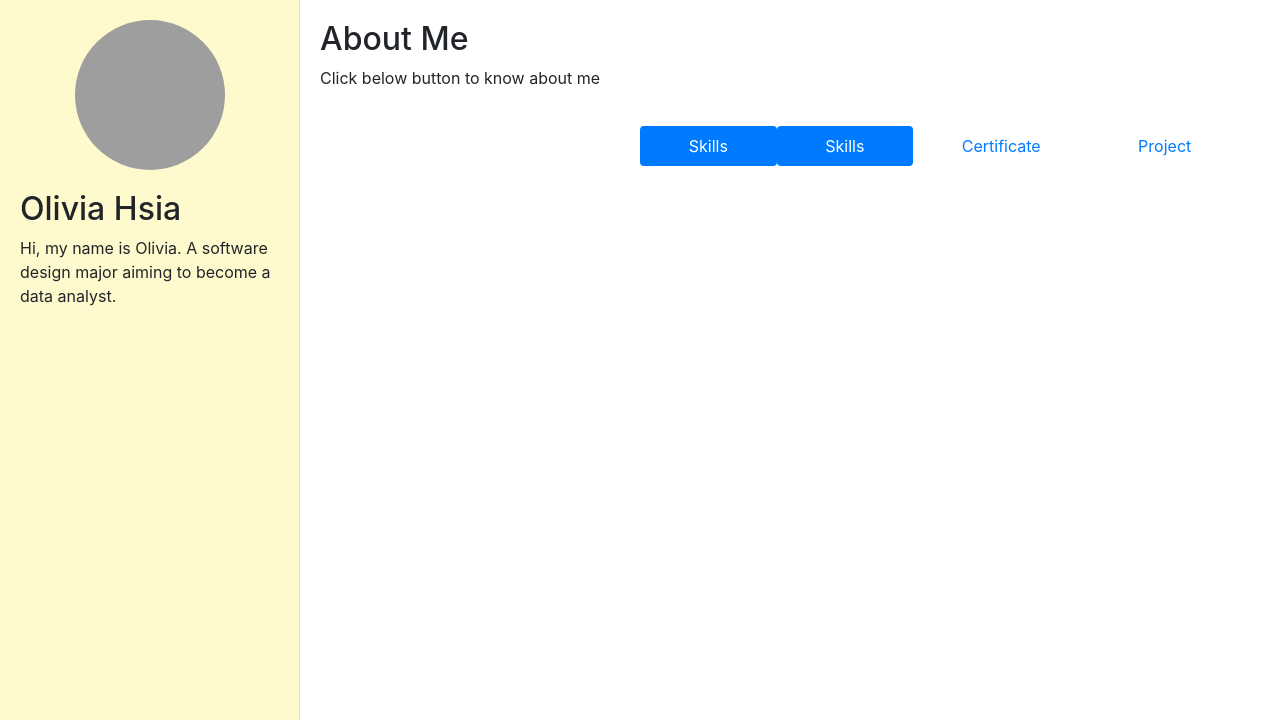
Repository: oliviahsia/FinalProject
Page: src/main/webapp/WEB-INF/main.html
The author's editor kept a copy of each file at every save. The page is drawn from the files as they stood at one save, then again after a run of saves.
The browser window is 1280 px wide. The pictures show the whole page.
Pictures or frames that could not be fetched are drawn as grey boxes. An inner scrolling area shows only its first screen. Some web libraries are served in a nearby version.

Above is the page before, as saved 2024-03-09 18:25:41.

### src/main/webapp/WEB-INF/main.html
<!DOCTYPE html>
<html lang="en">

<head>
  <meta charset="UTF-8">
  <meta name="viewport" content="width=device-width, initial-scale=1.0">
  <title>Olivia's Portfolio</title>

  <!-- Bootstrap CSS -->
  <link rel="stylesheet" href="https://stackpath.bootstrapcdn.com/bootstrap/4.5.2/css/bootstrap.min.css">
  <!-- External CSS File -->
  <link rel="stylesheet" href="main.css">
</head>

<body>
  <div class="fixed-left">
    <!-- Content in left column -->
    <img src="https://lh3.googleusercontent.com/a/ACg8ocKWVQM9hWLLmIxDOQ-8DDjxv5seJuP0P7FXzxbhLupS1Ffm=s576-c-no"
      alt="Olivia Hsia" class="profile-pic">
    <h2>Olivia Hsia</h2>
    <p>Hi, my name is Olivia. A software design major aiming to become a data analyst. </p>
  </div>

  <div class="scrollable-right">
    <!-- Content in right column -->
    <h2>About Me</h2>
    <p>Click below button to know about me</p>

    <div class="scrollable-right">

      <!-- Navigation buttons replaced with Bootstrap nav-pills -->

      <ul class="nav nav-pills nav-fill">

        <li class="nav-item">
         <a class="nav-link active" href="#" onclick="showSection('Skills',this)">Skills</a>
        </li>

        <li class="nav-item">
          <a class="nav-link active" href="#" onclick="showSection('Skills',this)">Skills</a>
        </li>

        <li class="nav-item">
          <a class="nav-link" href="#" onclick="showSection('Certificate',this)">Certificate</a>
        </li>

        <li class="nav-item">
          <a class="nav-link" href="#" onclick="showSection('Project',this)">Project</a>
        </li>

      </ul>

<!-- Content sections (update as needed with card-like design) -->
<div id="Skills" class="content-section">
  <!-- Add card-like elements here -->
</div>
<div id="Certificate" class="content-section" style="display: none;">
  <!-- Add card-like elements here -->
</div>
<div id="Project" class="content-section" style="display: none;">
  <!-- Add card-like elements here -->
</div>



    </div>

    <!-- Add more content as needed to enable scrolling -->
  </div>

  <!-- Bootstrap JS and dependencies (Optional) -->
  <script src="https://code.jquery.com/jquery-3.5.1.slim.min.js"></script>
  <script src="https://cdn.jsdelivr.net/npm/@popperjs/core@2.5.4/dist/umd/popper.min.js"></script>
  <script src="https://stackpath.bootstrapcdn.com/bootstrap/4.5.2/js/bootstrap.min.js"></script>

  <script src="js/script.js"></script>
</body>

</html>

### src/main/webapp/WEB-INF/main.css
/* Custom styles */
body,
html {
  height: 100%;
  margin: 0;
  /* Remove default margin */
}

.fixed-left {
  position: fixed;
  top: 0;
  left: 0;
  width: 300px;
  /* Set the width of the left column */
  height: 100%;
  background-color: #FFFACD;
  /* Goose yellow for the left column */
  border-right: 1px solid #dee2e6;
  /* Optional border */
  overflow-x: hidden;
  /* Prevent horizontal scrollbar */
  padding: 20px;
  /* Optional padding */
}

.profile-pic {
  width: 150px;
  /* Adjust the size as needed */
  height: 150px;
  /* Adjust the size as needed */
  border-radius: 50%;
  /* Makes the image round */
  display: block;
  /* To center the image in the div */
  margin: 0 auto 20px;
  /* Centers the image and adds space below */
}

.scrollable-right {
  margin-left: 300px;
  /* Same as the width of the left column */
  padding: 20px;
  height: 100%;
  overflow-y: auto;
  /* Enable vertical scrollbar if content overflows */
  background-color: #FFFFFF;
  /* White for the right column */
}

.navigation-buttons button {
  padding: 10px;
  margin-right: 5px;
  cursor: pointer;
}

.content-section {
  display: none;
  /* Hide all sections by default */
}


/* Initial visible section */
#all {
  display: block;
}

### src/main/webapp/WEB-INF/js/script.js
function showSection(sectionId,buttonElement) {
  // First Hide all sections
  var sections = document.getElementsByClassName('content-section');

  for (var i = 0; i < sections.length; i++) {
    sections[i].style.display = 'none';
  }

  // Remove active class from all buttons
  var buttons = document.getElementsByClassName('nav-link');

  for (var i = 0; i < buttons.length; i++) {
    buttons[i].classList.remove('active');
  }

  // Show the selected section
  document.getElementById(sectionId).style.display = 'block';

  // Add active class to the clicked button
  buttonElement.classList.add('active');
}

After the next 2 saves:
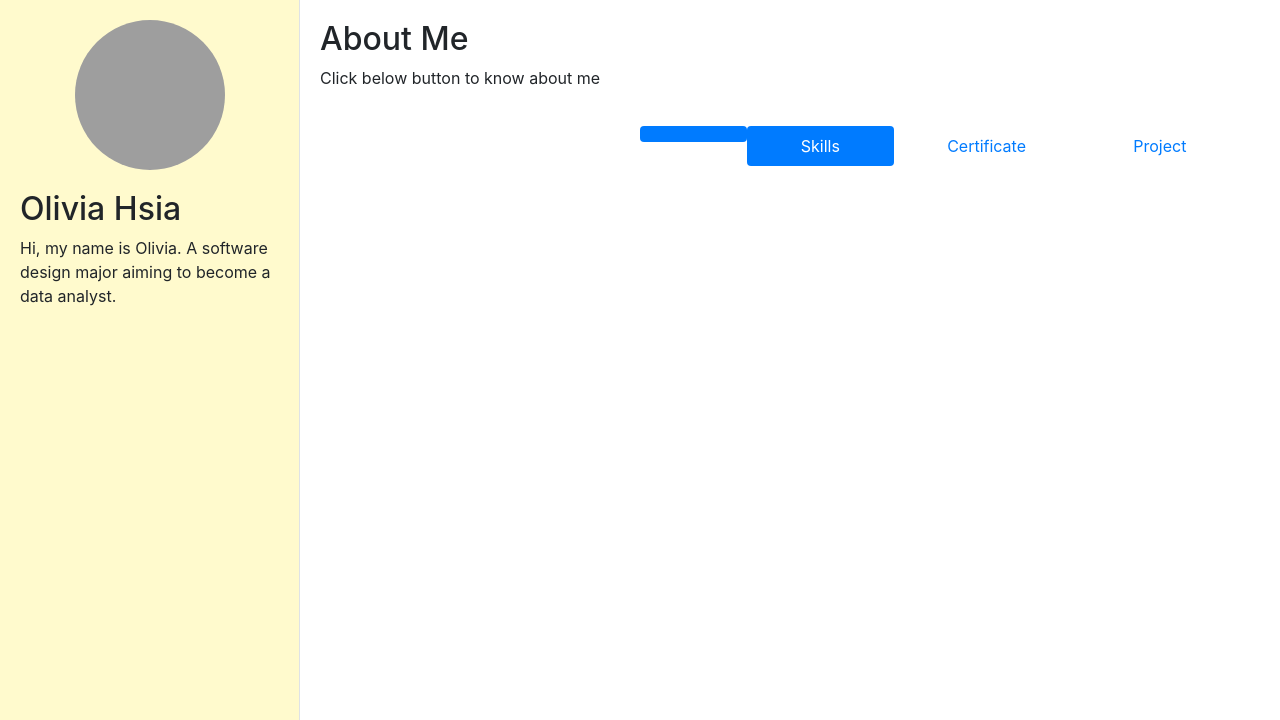
The 2 saves are shown as one change because they came seconds apart.
The last was saved 10 s later.
--- a/src/main/webapp/WEB-INF/main.html
+++ b/src/main/webapp/WEB-INF/main.html
@@ -33,7 +33,7 @@
       <ul class="nav nav-pills nav-fill">
 
         <li class="nav-item">
-         <a class="nav-link active" href="#" onclick="showSection('Skills',this)">Skills</a>
+         <a class="nav-link active" href="#" onclick="showSection('Skills',this)"></a>
         </li>
 
         <li class="nav-item">
